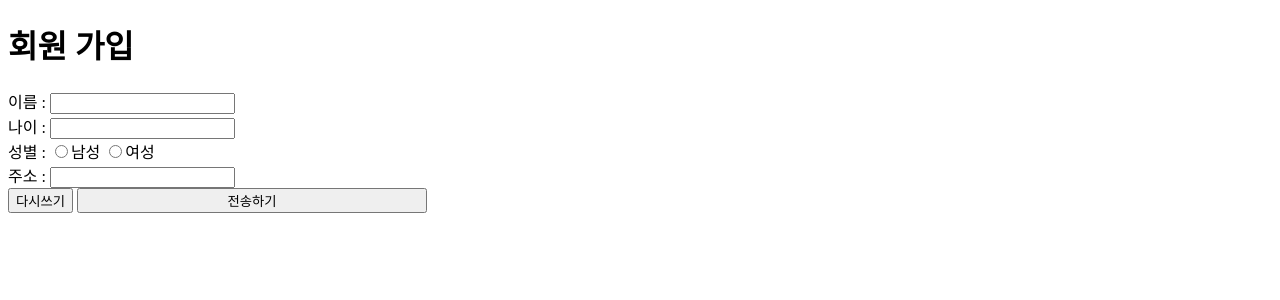
Repository: lopanghub/git_study
Page: http://localhost/JSPStudyCh04Exam/postRequestServletForm.jsp
These files come from the project's save history. The page is drawn as it stood at one moment and after the next save; the edit follows.
The browser window is 1280 px wide. The pictures show the whole page.
The page is served by Tomcat 9.

Above is the page before, as saved 2024-04-05 04:31:25.

After the next save:
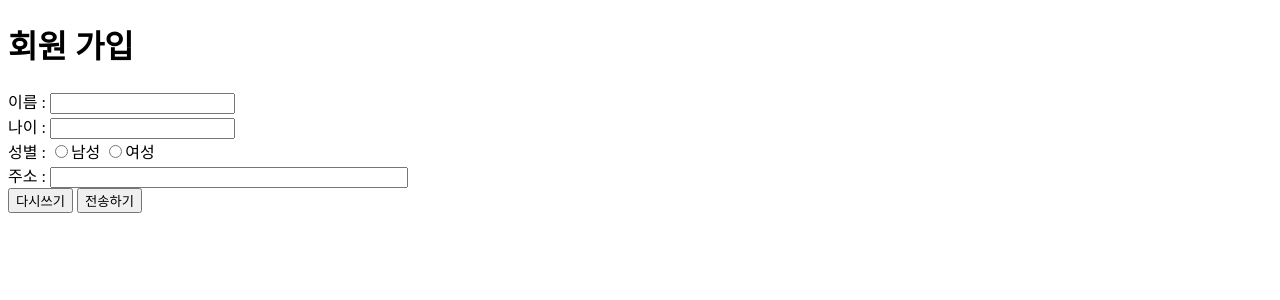
Saved 12 s later.
--- a/JSPStudy/JSPStudyCh04Exam/src/main/webapp/postRequestServletForm.jsp
+++ b/JSPStudy/JSPStudyCh04Exam/src/main/webapp/postRequestServletForm.jsp
@@ -13,9 +13,9 @@
 		나이 : <input type="text" name="age" /><br>
 		성별 : <input type="radio" name="gender" value="male"/>남성
 		<input type="radio" name="gender" value="female"/>여성 <br>
-		주소 : <input type="text" name="addr" /><br>
+		주소 : <input type="text" name="addr" style="width:350px;"/><br>
 		<input type="reset" value="다시쓰기"/>
-		<input type="submit" value="전송하기" style="width:350px;"/>
+		<input type="submit" value="전송하기" />
 	</form>
 
 
